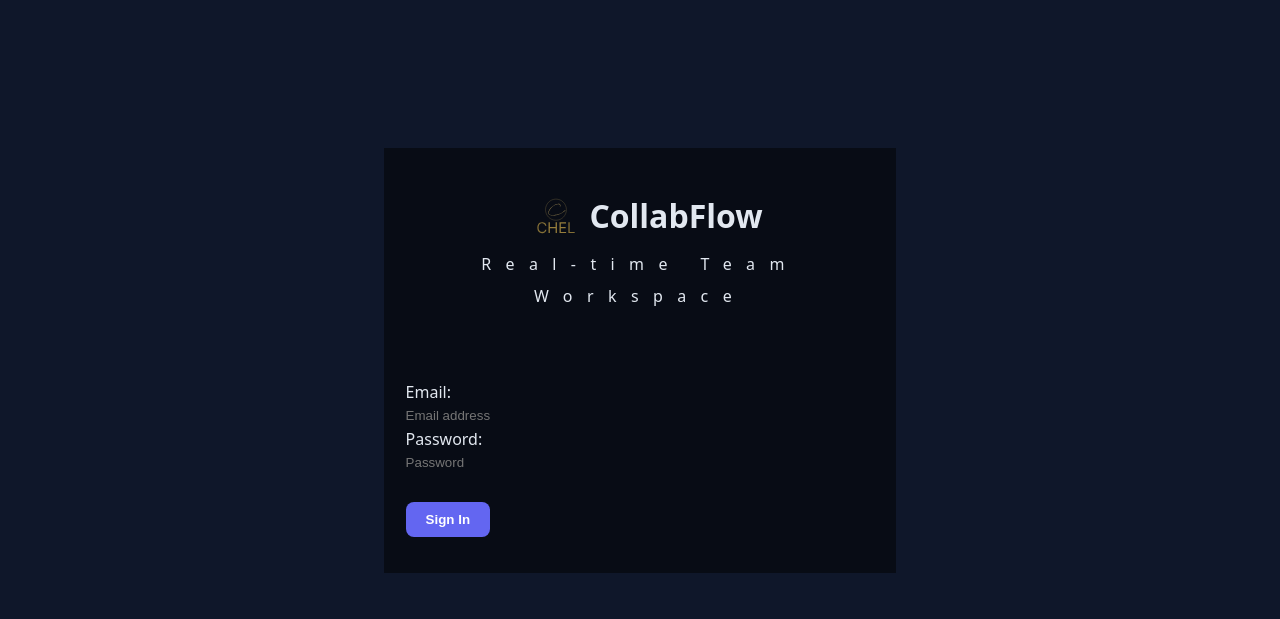
Repository: Lovethrech/collabflow
Page: /
An editor plug-in stored every save of this project. The page is shown before and after the next save, followed by the edit.
The browser window is 1280 px wide. The pictures show the whole page.
The project was rebuilt for these pictures with package versions that can differ from the ones it lists, and the page was loaded fresh each time. The framework's server and built-in components were replaced by stand-ins that run in the browser. Also part of the build but not shown: nuxt.config.ts.

Above is the page before, as saved 2026-05-20 19:42:42.

### app/assets/css/main.css
:root {
    --primary: #6366f1;
    --primary-dark: #4f46e5;
    --bg: #0f172a;
    --card: #1e2937;
    --card-hover: #334155;
    --text: #e2e8f0;
    --text-light: #94a3b8;
    --border: #475569;
}

* {
    margin: 0;
    padding: 0;
    box-sizing: border-box;
    outline: 0;
    text-decoration: none;
}

body {
    font-family: system-ui, -apple-system, BlinkMacSystemFont, 'Segoe UI', Roboto, sans-serif;
    background-color: var(--bg);
    color: var(--text);
    line-height: 2;
}

#app{
    min-height: 100vh;
}

.container {
    max-width: 1280px;
    margin: 0 auto;
    padding: 0 20px;
}

/* Basic button styles */
.btn {
    padding: 10px 20px;
    border: none;
    border-radius: 8px;
    font-weight: 600;
    cursor: pointer;
    transition: all 0.2s;
}

.btn-primary {
    background: var(--primary);
    color: white;
}

.btn-primary:hover {
    background: var(--primary-dark);
}

.flex-center-center{
    display: flex;
    place-items: center;
    justify-content: center;
}
.flex-row{
    display: flex;
    flex-direction: row;
}
.flex-column{
    display: flex;
    flex-direction: column;
}
.full-width-height{
    width: 100%;
    height: 100vh;
}

### app/app.vue
<script setup>
useHead({
  meta: [
    { name: 'viewport', content: 'width=device-width, initial-scale=1' }
  ],
  link: [
    { rel: 'icon', href: '/favicon.ico' }
  ],
  htmlAttrs: {
    lang: 'en'
  }
})

const title = 'Chel CollabFlow'
const description = ''

useSeoMeta({
  title,
  description,
  ogTitle: title,
  ogDescription: description,
  ogImage: 'https://ui.nuxt.com/assets/templates/nuxt/starter-light.png',
  twitterCard: 'summary_large_image'
})
</script>

<template>
  <div id="app">
      <main>
        <NuxtPage />
      </main>
  </div>
</template>

### app/pages/index.vue
<script setup>
const title = 'Auth | Chel CollabFlow'
const description = ''

useSeoMeta({
    title,
    description
})
</script>

<template>
    <div class="auth-page flex-center-center">
        <div class="auth-card">
            <div class="auth-title-ctn flex-row">
                <img src="/ChelModernLogo.svg" alt="">
                <h1>CollabFlow</h1>
            </div>
            <p class="title-desc">
                Real-time Team Workspace
            </p>
            <br/>
            <br/>
            <form @submit.prevent="">
                <div class="auth-form-label-and-input-ctn flex-column">
                    <label for="email">
                        Email:
                    </label>
                    <input
                        v-model="email"
                        type="email"
                        placeholder="Email address"
                        requires
                    />
                </div>
                <div class="auth-form-label-and-input-ctn flex-column">
                    <label for="password">
                        Password:
                    </label>
                    <input
                        v-model="password"
                        type="password"
                        placeholder="Password"
                        requires
                    />
                </div>
                <br/>
                <button type="submit" class="btn btn-primary" :disabled="loading">
                    {{loading? "Signing in ..." : "Sign In"}}
                </button>
            </form>
        </div>
    </div>
</template>

<style scoped>
.auth-page{
    width: 100%;
    height: 100vh;
}
.auth-card{
    background-color: #0000007e;
    width: 40%;
    padding: 5vh 3vh;
}
.auth-title-ctn{
    justify-content: center;
}
.title-desc{
    text-align: center;
    letter-spacing: 2vh;
}
.auth-title-ctn img{
    width: 10vh;
}
.auth-form-label-and-input-ctn input{
    background-color: transparent;
    border:0;
    border-bottom: 1vh #ffffff;
}
</style>

After the next save:
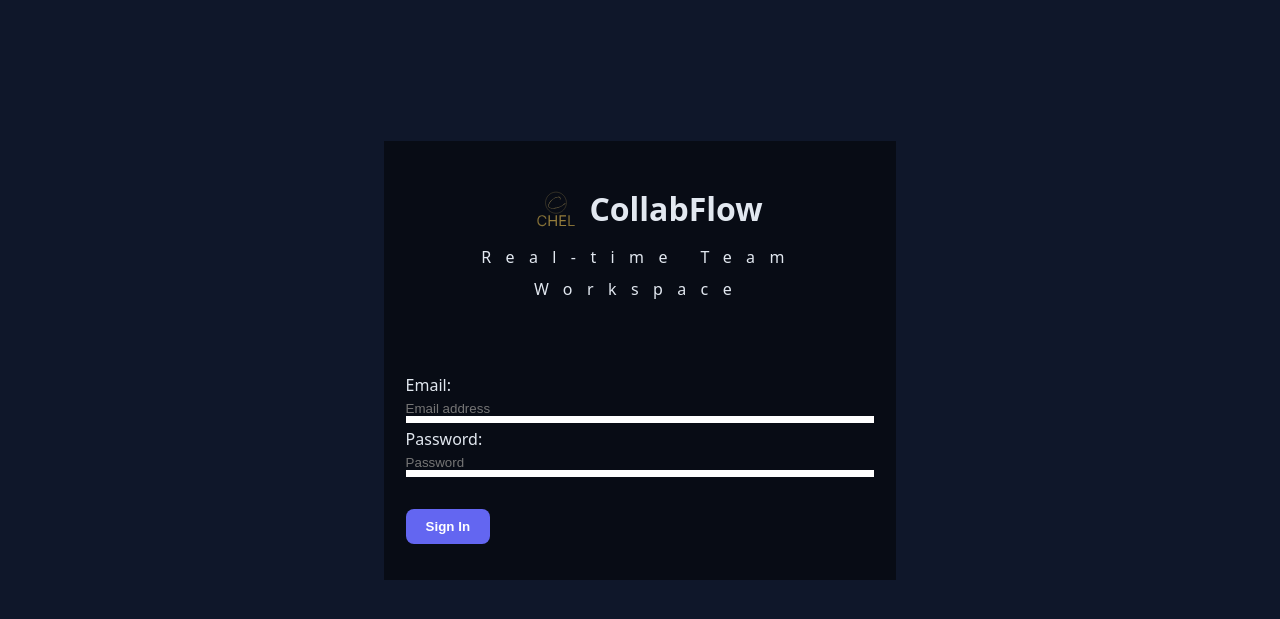
Saved 5 s later.
--- a/app/pages/index.vue
+++ b/app/pages/index.vue
@@ -75,6 +75,6 @@
 .auth-form-label-and-input-ctn input{
     background-color: transparent;
     border:0;
-    border-bottom: 1vh #ffffff;
+    border-bottom: 1vh solid #ffffff;
 }
 </style>
